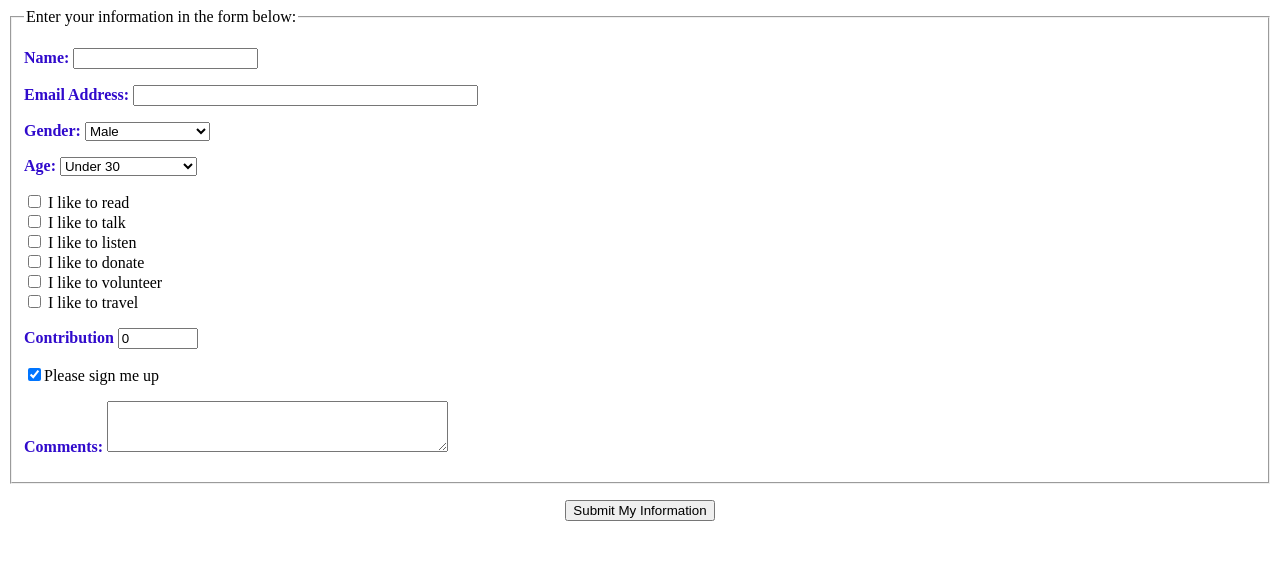
Repository: oduong1/COSW30
Page: homework/homework2/contact.html
The author's editor kept a record of every edit. The page is drawn from the files as they stood at one moment, then again after the next edit.
The browser window is 1280 px wide. The pictures show the whole page.

Above is the page before.

After the next edit:
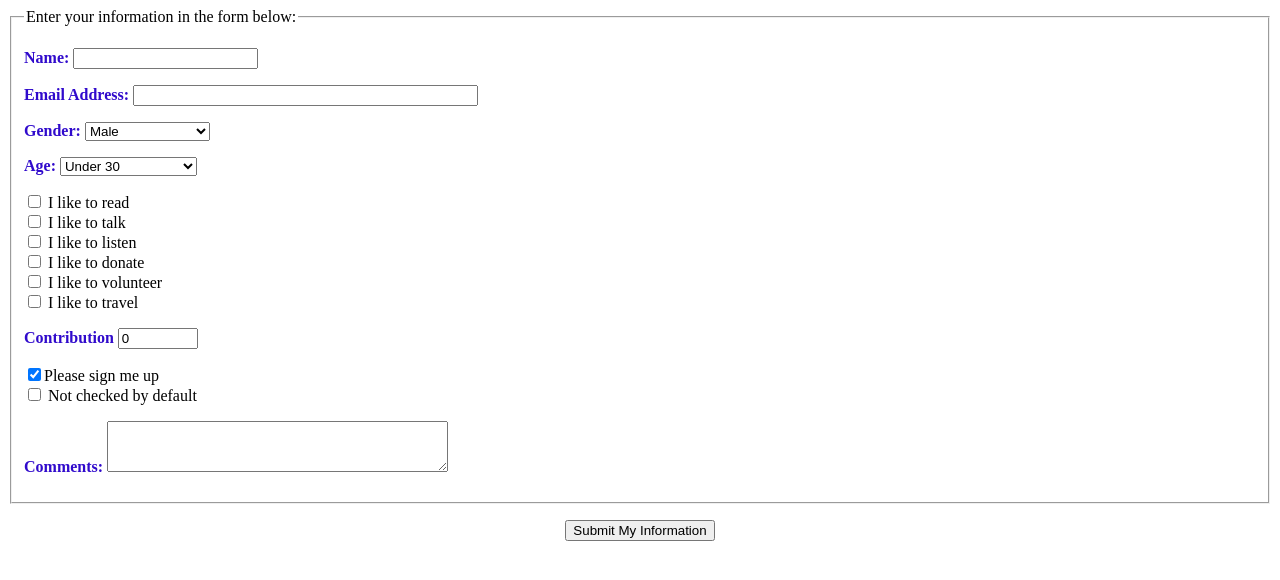
The edit:
--- a/homework/homework2/contact.html
+++ b/homework/homework2/contact.html
@@ -50,9 +50,12 @@
 
 	<p>
 		<input type="checkbox" name="check" id="signup"
-                    value="1" Checked>Please sign me up<br>
+            value="1" Checked>Please sign me up<br>
 
+    	<input type="checkbox" name="check" value="2">
+            Not checked by default<br>
 	</p>
+
 	<p><label>Comments: <textarea name="comments" rows="3" cols="40"></textarea></label></p>
 
 
